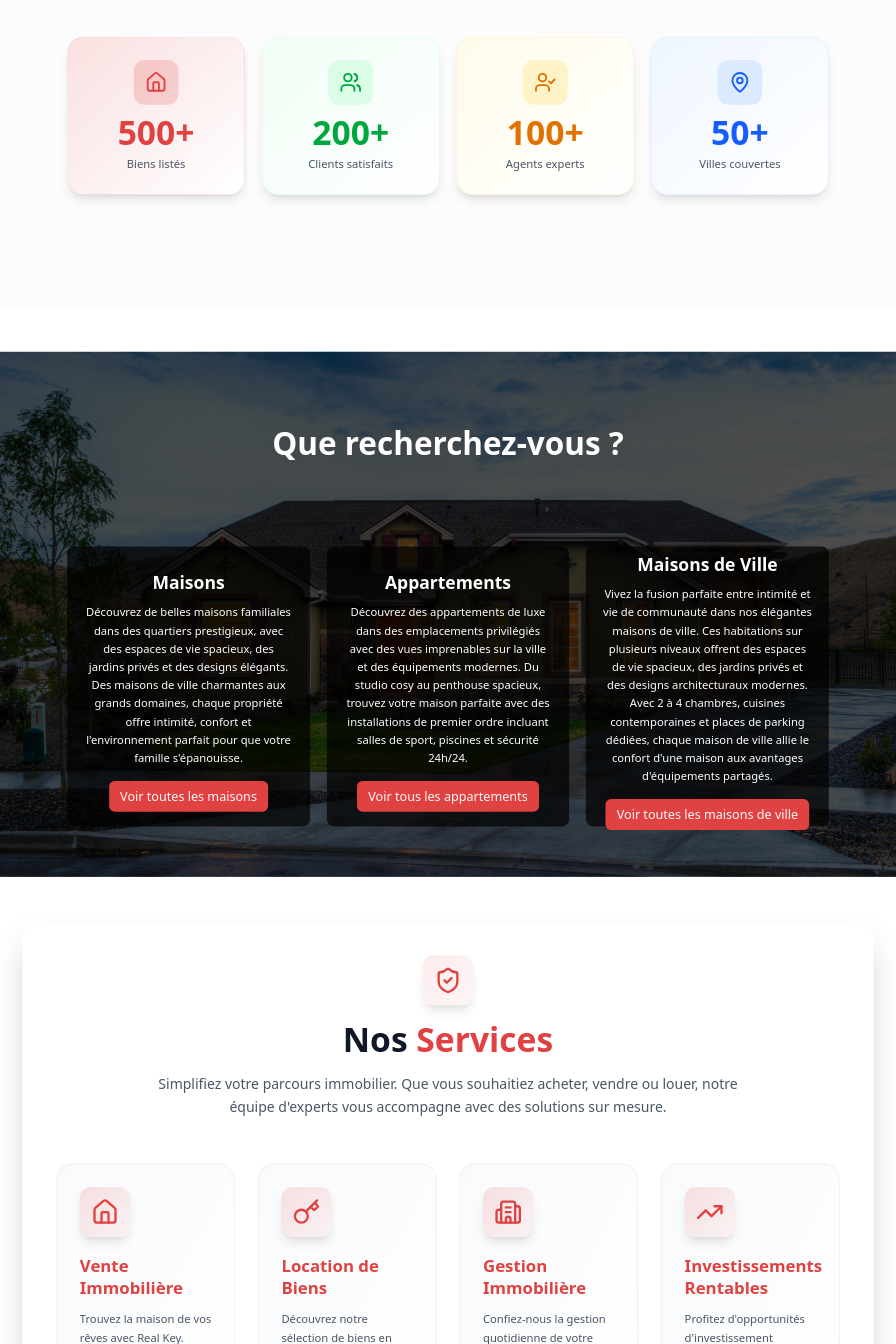
Repository: lamatmed/Real-Key
Page: /
These files come from the project's save history. The page is drawn as it stood at one moment and after the next save; the edit follows.
The browser window is 1280 px wide. The pictures show the part of the page from y = 1982 to 3902 px (the page is 5503 px tall before and 4689 px after), at 70% of full size.
The page's requests for data from a server got no answer. The project was rebuilt for these pictures with package versions that can differ from the ones it lists, and the page was loaded fresh each time. Some packages were replaced by stand-ins written for this rebuild. The framework's server and built-in components were replaced by stand-ins that run in the browser. No one was signed in, and anything a server would have sent is missing. Also part of the build but not shown: next.config.ts, app/_components/PropertyCard.tsx.

Above is the page before, as saved 2025-09-28 17:02:08.

After the next save:
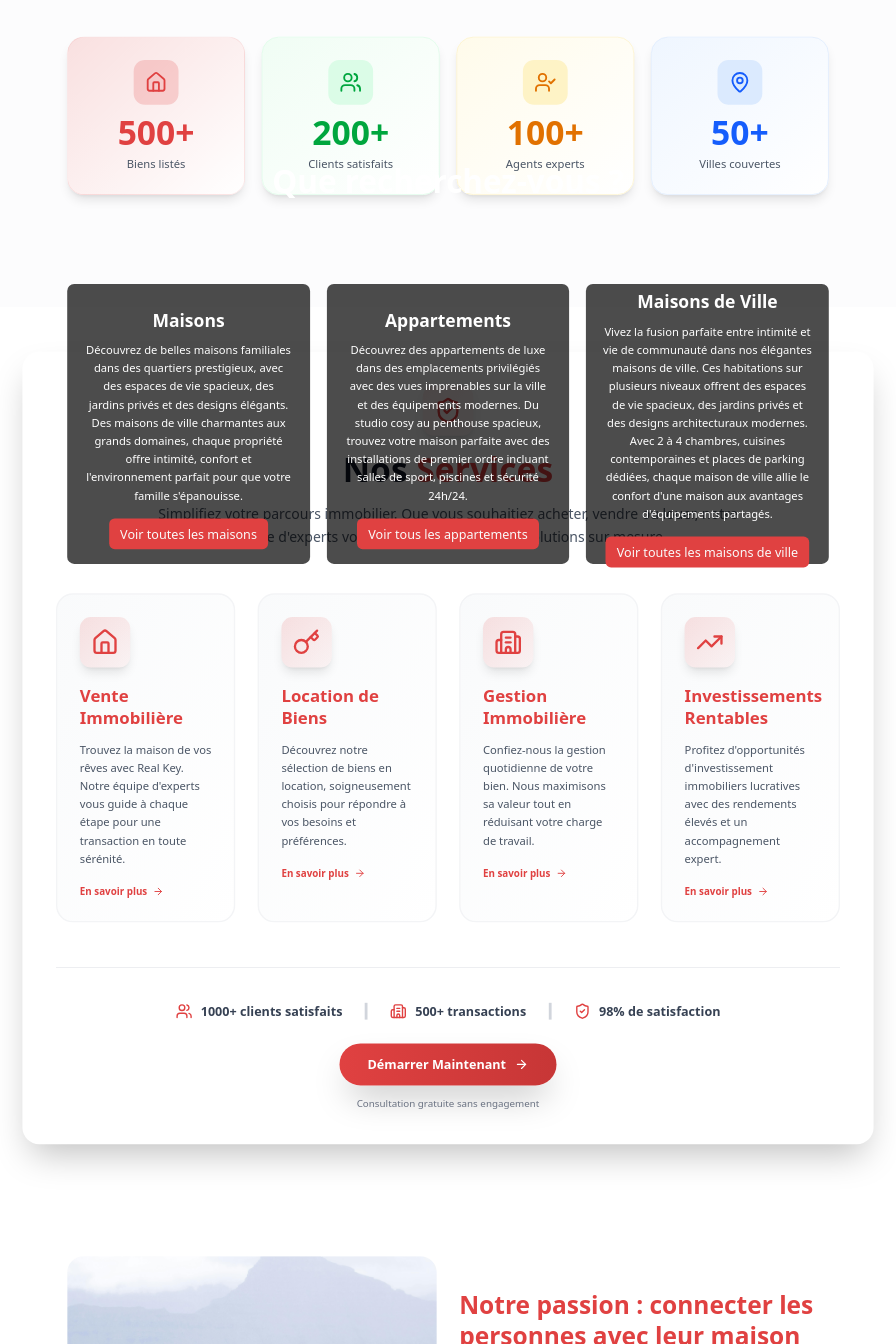
Saved 51 s later.
--- a/app/_components/WhatClientWant.tsx
+++ b/app/_components/WhatClientWant.tsx
@@ -6,7 +6,7 @@
 
 function WhatClientWant() {
   return (
-   <div className='relative lg:h-[750px] w-full'>
+   <div className='relative w-full'>
 
         <Image
           alt='hero'

After the save that followed:
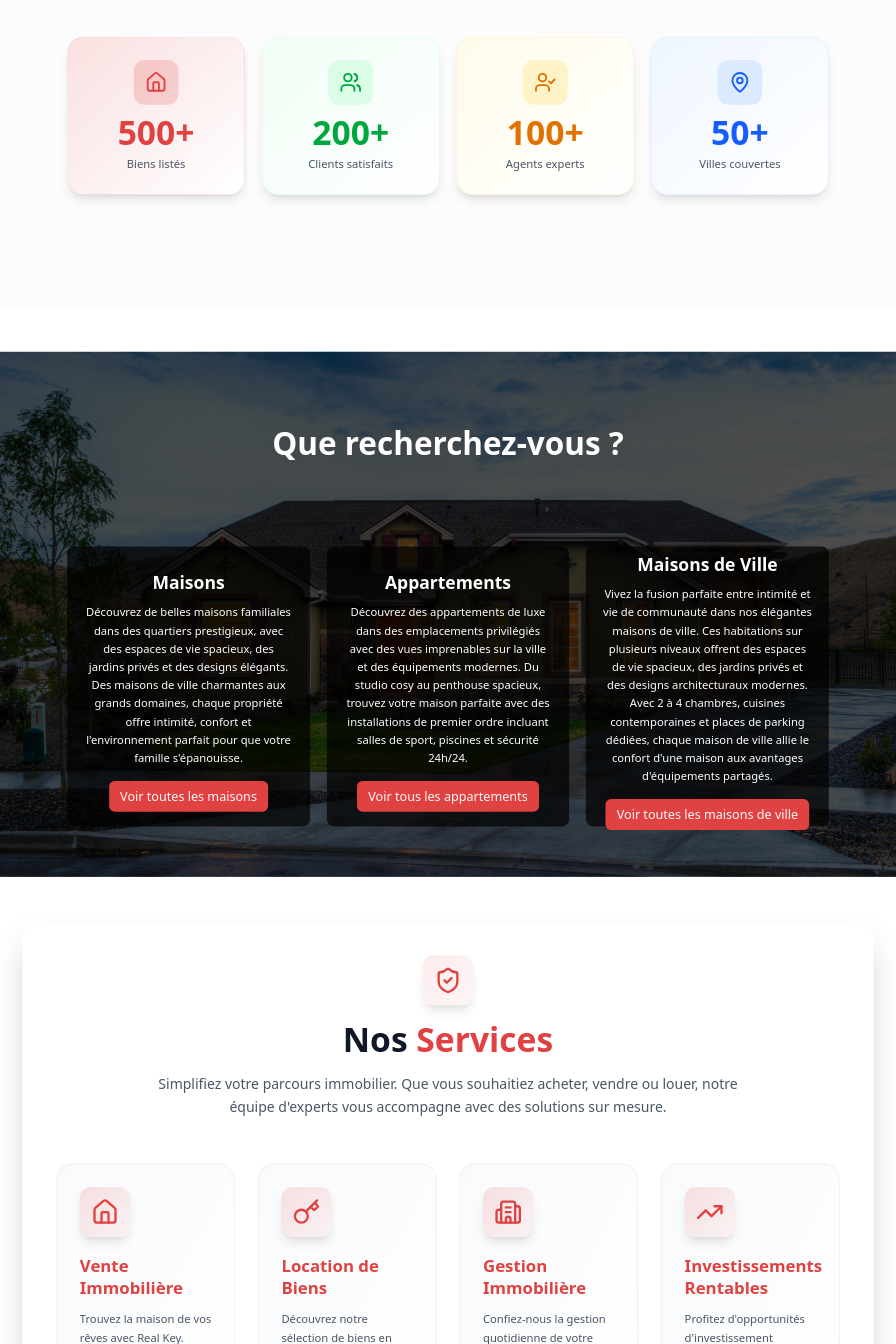
Saved 35 s later.
--- a/app/_components/WhatClientWant.tsx
+++ b/app/_components/WhatClientWant.tsx
@@ -6,7 +6,7 @@
 
 function WhatClientWant() {
   return (
-   <div className='relative w-full'>
+   <div className='relative lg:h-[750px] w-full'>
 
         <Image
           alt='hero'
